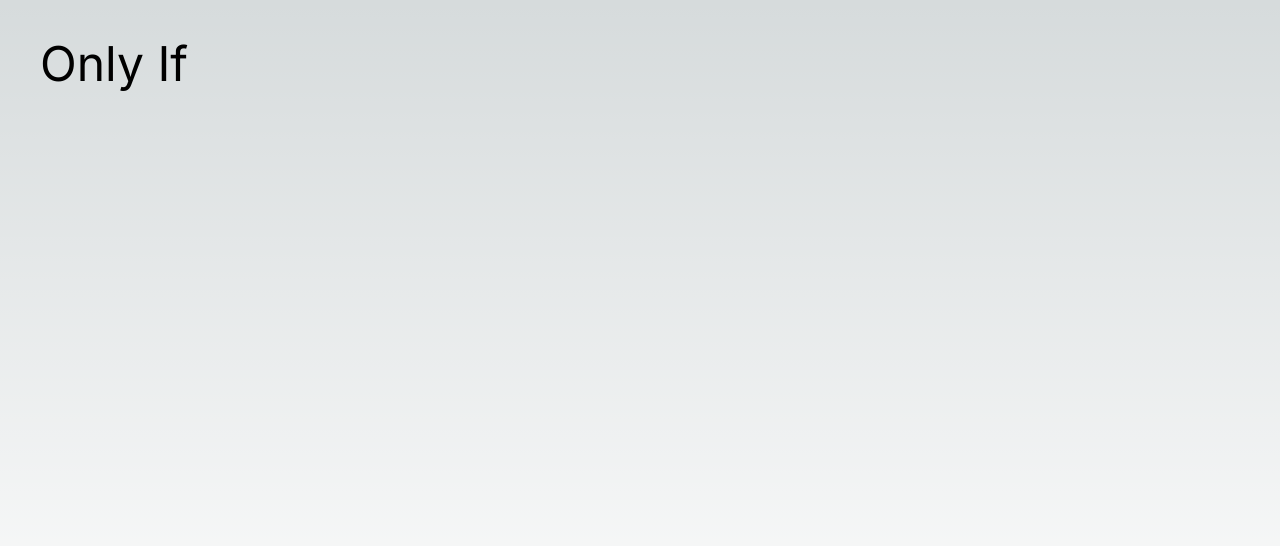
Repository: chapeee/learnNextBella
Page: / (app in basicconcepts/)
These files come from the project's save history. The page is drawn as it stood at one moment and after a run of saves; the edit follows.
The browser window is 1280 px wide. The pictures show the whole page.
The project was rebuilt for these pictures with package versions that can differ from the ones it lists, and the page was loaded fresh each time. The framework's server and built-in components were replaced by stand-ins that run in the browser. Also part of the build but not shown: basicconcepts/next.config.mjs.

Above is the page before, as saved 2024-03-22 20:51:29.

After the next 4 saves:
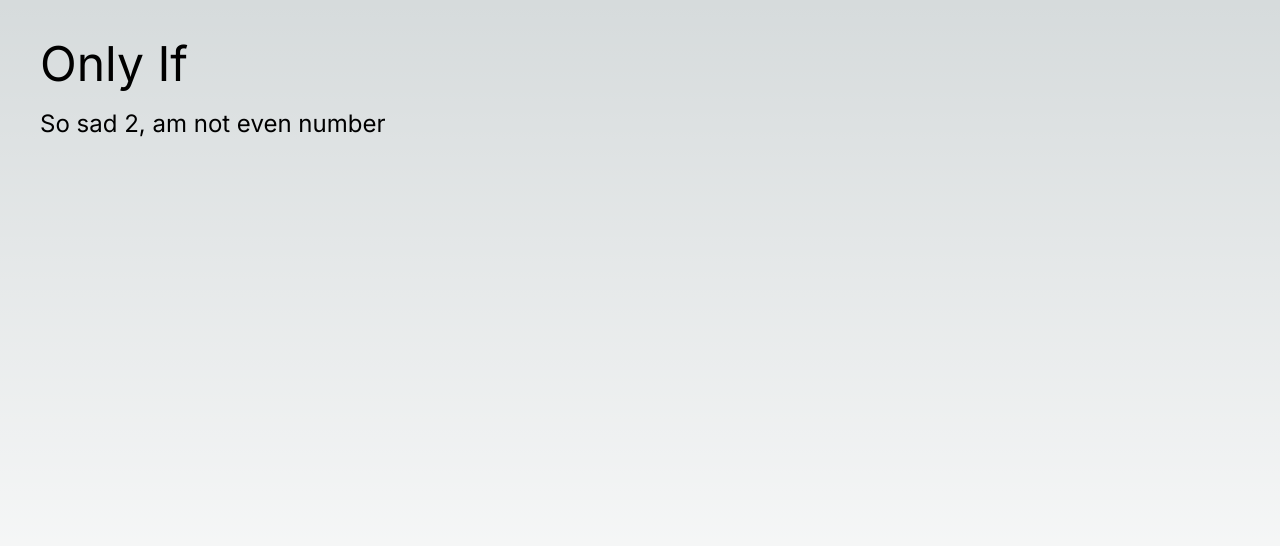
The 4 saves are shown as one change because 3 did not build or start.
The last was saved 6 min 10 s later.
--- a/basicconcepts/src/app/Components/ConditionRendering.tsx
+++ b/basicconcepts/src/app/Components/ConditionRendering.tsx
@@ -3,14 +3,27 @@ import React, { useState } from 'react'
 
 
 export default function ConditionRendering() {
-    const [evenNumber,setEvenNumber] = useState<number>(2) // update this number to anything and check the output
+    const [isEvenNumber,setisEvenNumber] = useState<boolean>(false)
+    const [numberEvenOrOdd,setnumberEvenOrOdd] = useState<number>(2) // update this number to anything and check the output
+
     //checing if number if even
-    const isNumberEven = (number : number) : boolean => {
-      return number % 2 === 0;
+    const isNumberEven = (number : number) => {
+        setisEvenNumber(number % 2 === 0)
     }
   return (
     <div className='container m-auto'>
         <h1 className="text-5xl">Only If</h1>
+        <div className="mt-5">
+            {
+                //checking condition (if)
+                isEvenNumber?(
+                        <div className='text-sucess text-2xl'>Yes {numberEvenOrOdd}, am even number</div>
+                ):(
+                    <div className='text-danger text-2xl'>So sad {numberEvenOrOdd}, am not even number</div>
+                )
+
+            }
+        </div>
     </div>
   )
 }
